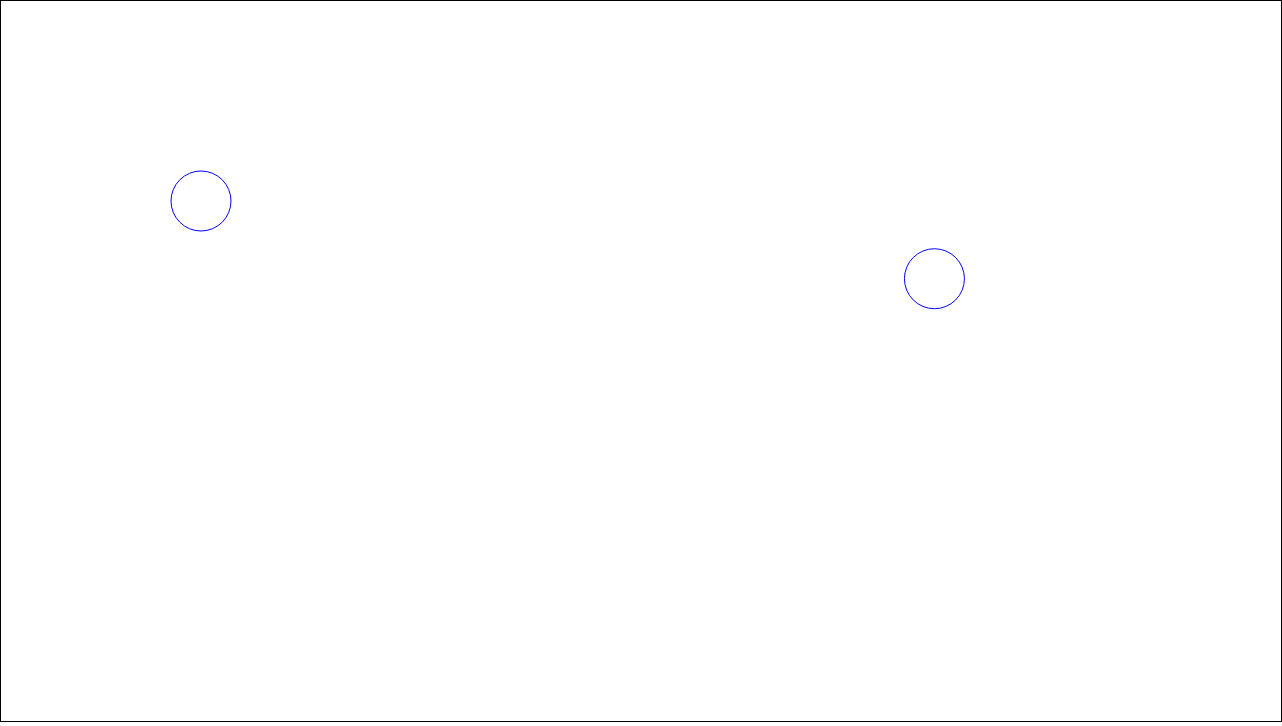
Repository: msminsu/study-canvas
Page: canvas/index.html
An editor plug-in stored every save of this project. The page is shown before and after the next save, followed by the edit.
The browser window is 1280 px wide. The page is 1282 px wide, so the pictures cover 1282 px, including what lies to the right of the window. The pictures show the whole page.

Above is the page before, as saved 2018-11-23 13:30:10.

After the next save:
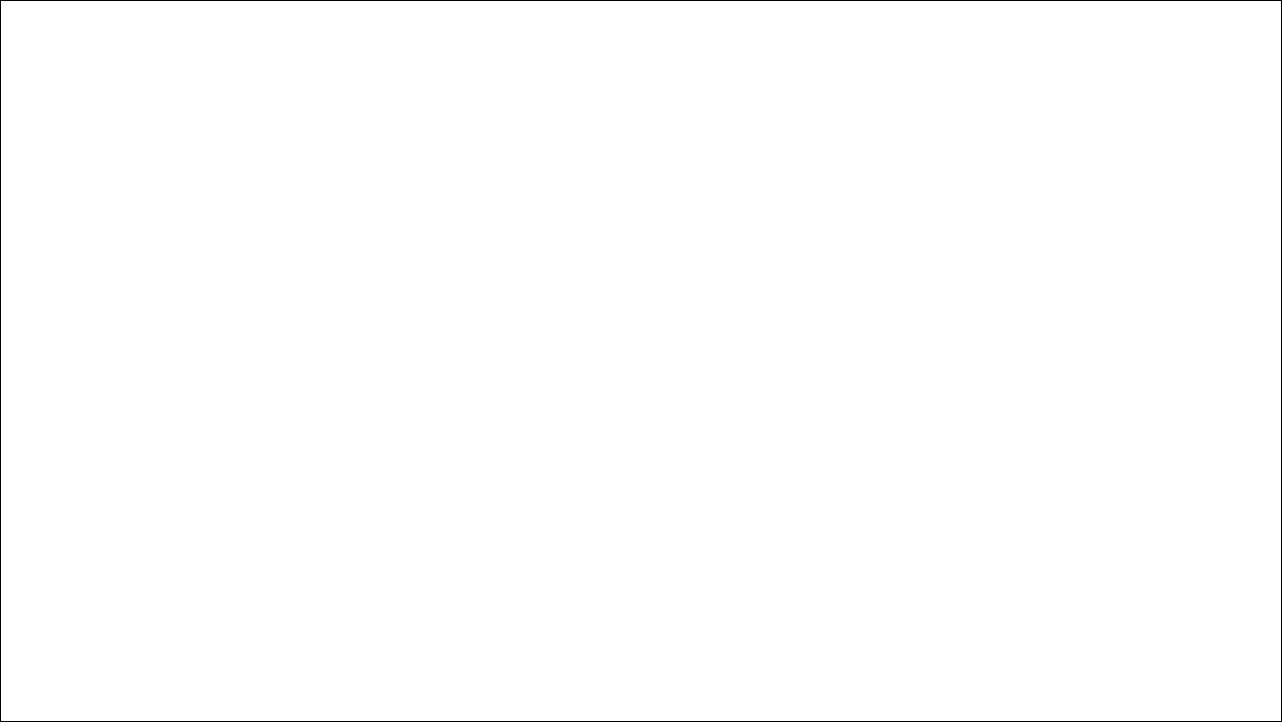
Saved 15 s later.
--- a/canvas/index.html
+++ b/canvas/index.html
@@ -87,12 +87,12 @@ for(var i =0; i<100; i++){
 
         c.clearRect(0, 0, innerWidth, innerHeight);
 
-        circle.draw();
+        // circle.draw();
 
-        c.beginPath();
-        c.arc(x,y,radius, 0, Math.PI * 2, false);
-        c.strokeStyle = 'blue';
-        c.stroke();
+        // c.beginPath();
+        // c.arc(x,y,radius, 0, Math.PI * 2, false);
+        // c.strokeStyle = 'blue';
+        // c.stroke();
 
        /*  if( x + radius > innerWidth || x -radius < 0){
             dx = -dx;
